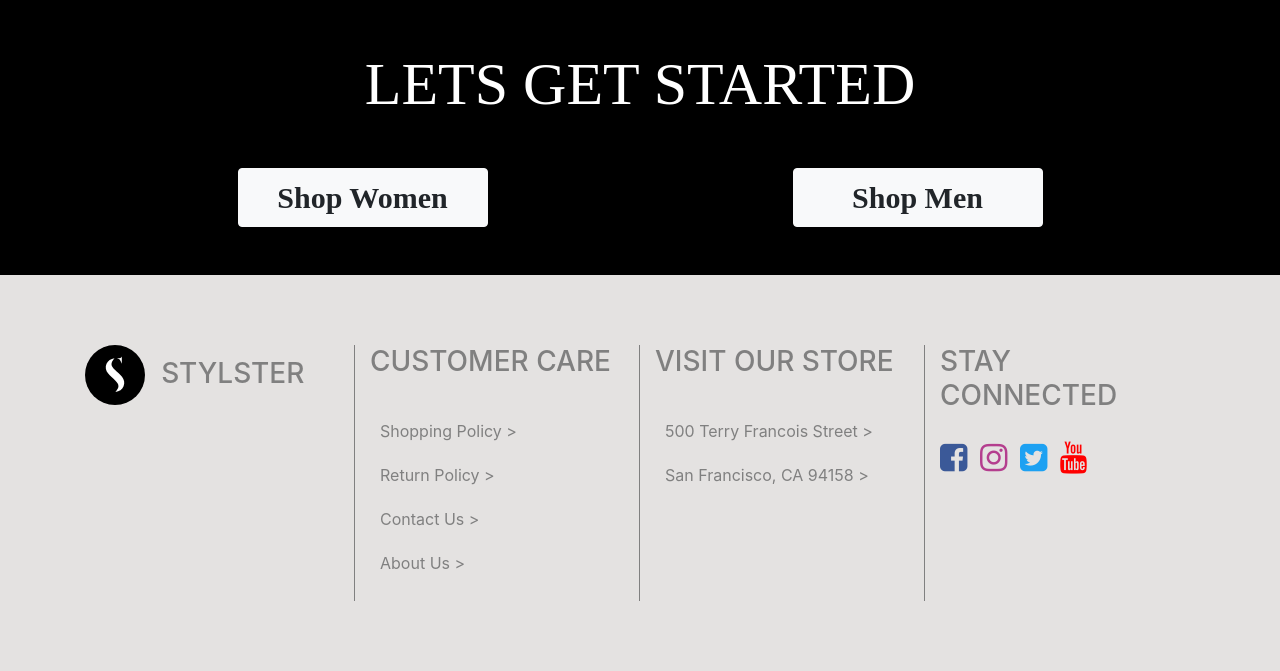
Repository: Lovekr/stylester
Page: stylster_frontend_design/about.html
These files come from the project's save history. The page is drawn as it stood at one moment and after the next save; the edit follows.
The browser window is 1280 px wide. The pictures show the part of the page from y = 3229 to 3900 px (the page is 3900 px tall).
Some web fonts or font styles are not loaded; a fallback is used.

Above is the page before, as saved 2020-03-09 11:43:21.

After the next save:
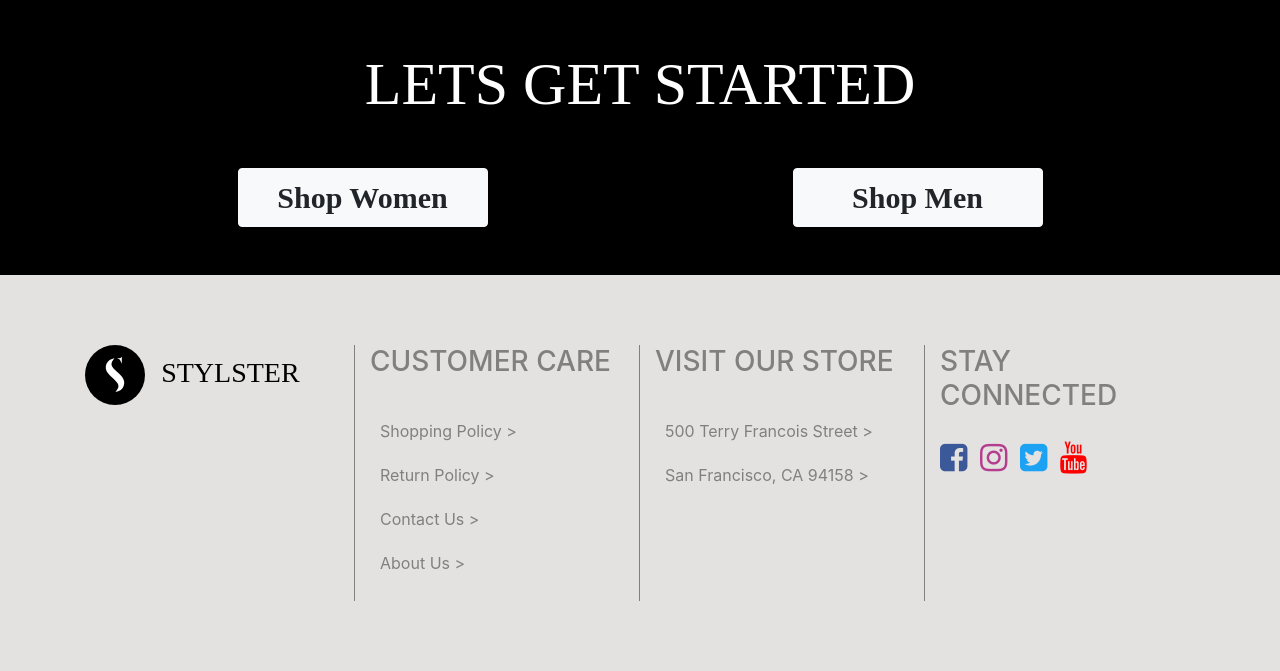
Saved 18 s later.
--- a/stylster_frontend_design/about.html
+++ b/stylster_frontend_design/about.html
@@ -172,7 +172,7 @@
 <div id="footer" class="container-fluid">
     <div class="row">
         <div class="col-xs-12 col-md-6 col-lg-3 rline">
-            <h3 class="footer-stylster"><img class="pr-3 headingfont footertext" src="./asset/stylster logo1-01.svg">STYLSTER</h1>
+            <h3 class="footer-stylster headingfont footertext"><img class="pr-3 " src="./asset/stylster logo1-01.svg">STYLSTER</h1>
 
 
         </div>
